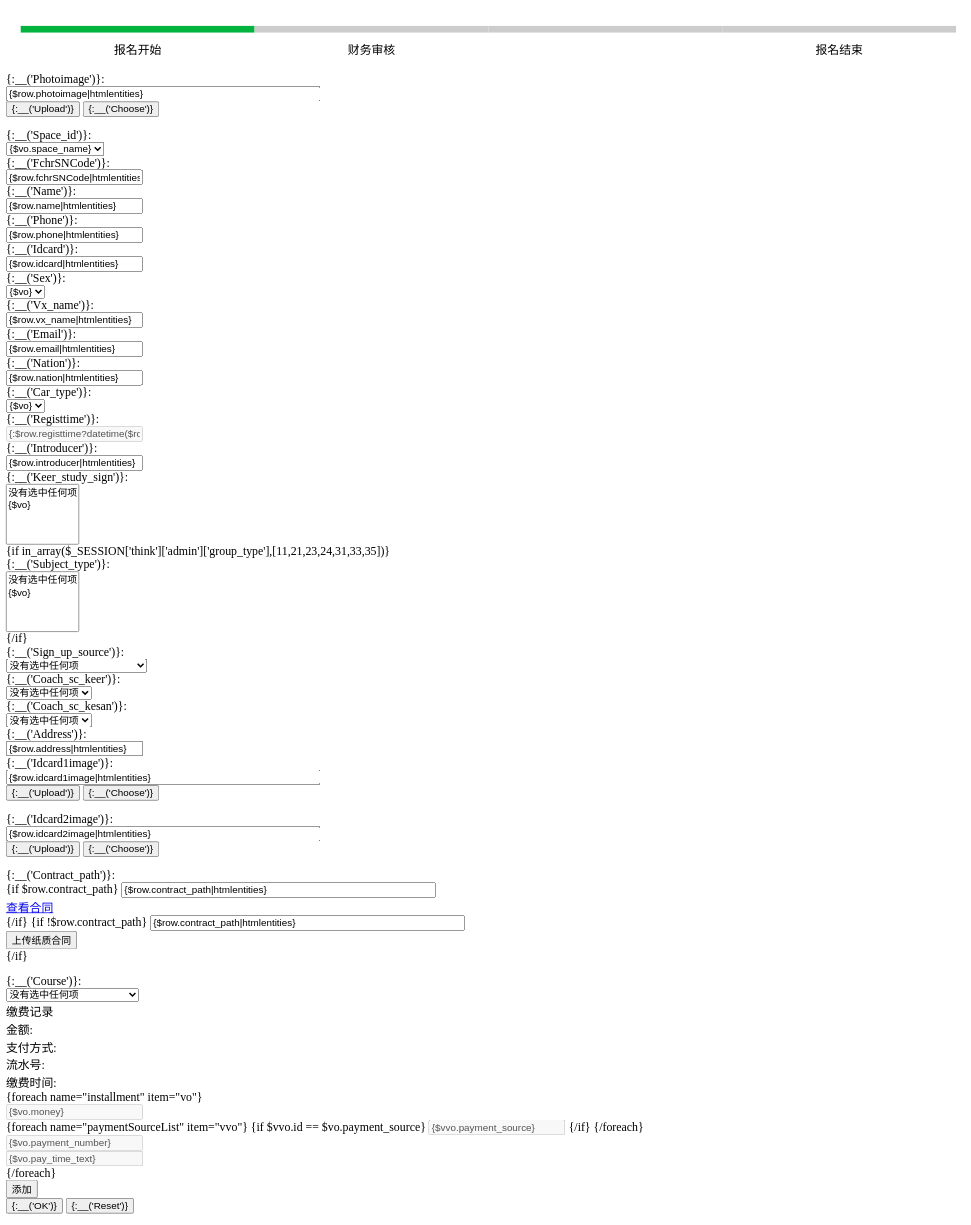
Repository: Akarin-Akari/xiaomaguantest
Page: application/admin/view/studentconfig/student/edit.html
The author's editor kept a copy of each file at every save. The page is drawn from the files as they stood at one save, then again after the next save.
The browser window is 1280 px wide. The page is 1312 px wide, so the pictures cover 1312 px, including what lies to the right of the window. The pictures show the whole page, at 74% of full size.

Above is the page before, as saved 2024-01-23 19:09:37.
Console error: ReferenceError: $length is not defined

After the next save:
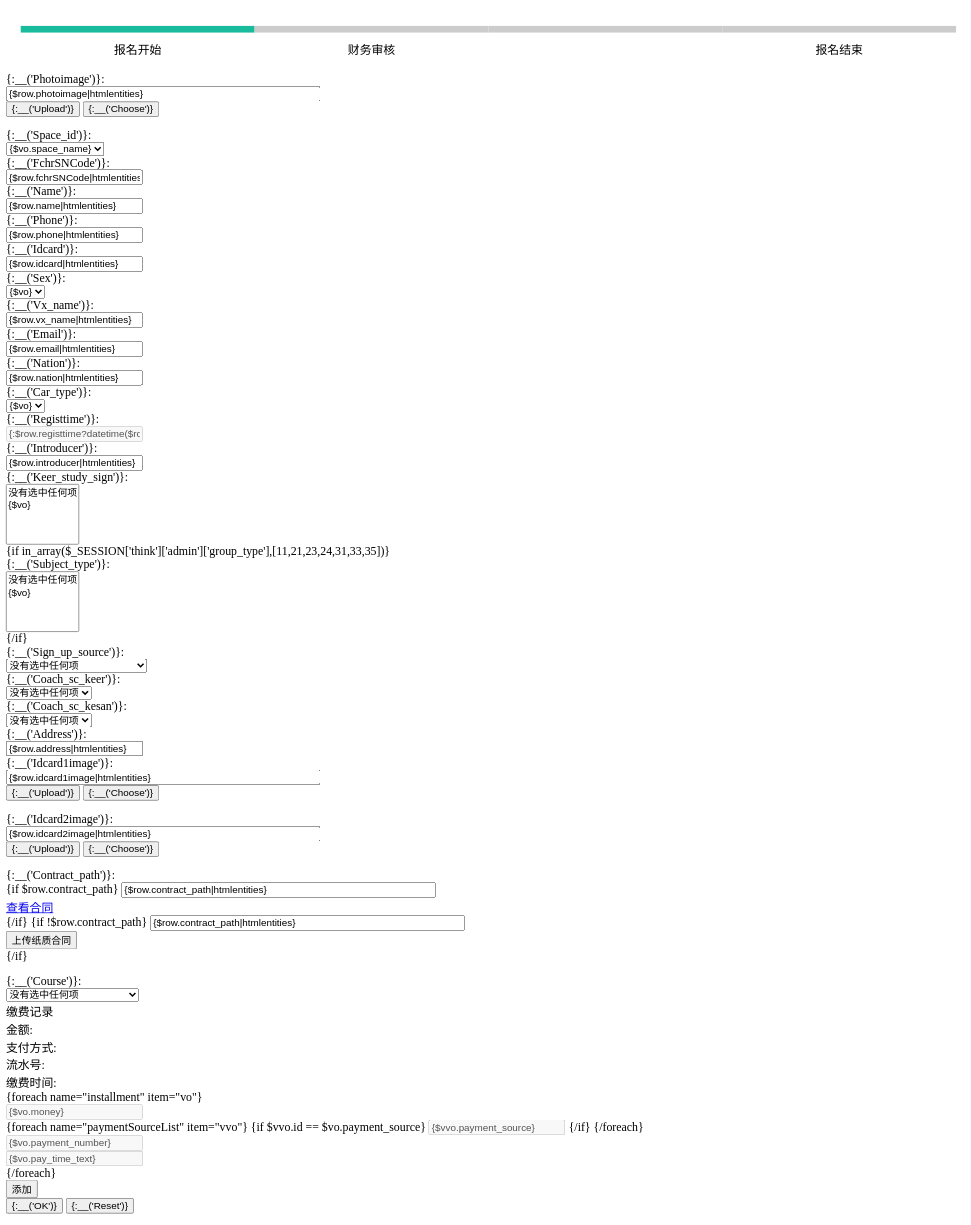
Saved 45 s later.
--- a/application/admin/view/studentconfig/student/edit.html
+++ b/application/admin/view/studentconfig/student/edit.html
@@ -41,7 +41,7 @@
             <!-- 第一部分 -->
             <div class="step">
                 <div class="step-progress left  done ">
-                    <div class="step-line" style="background-color: rgb(2, 179, 61);"></div>
+                    <div class="step-line" style="background-color: #18bc9c"></div>
                 </div>
                 <div class="step-text">
                     <span>报名开始</span>
